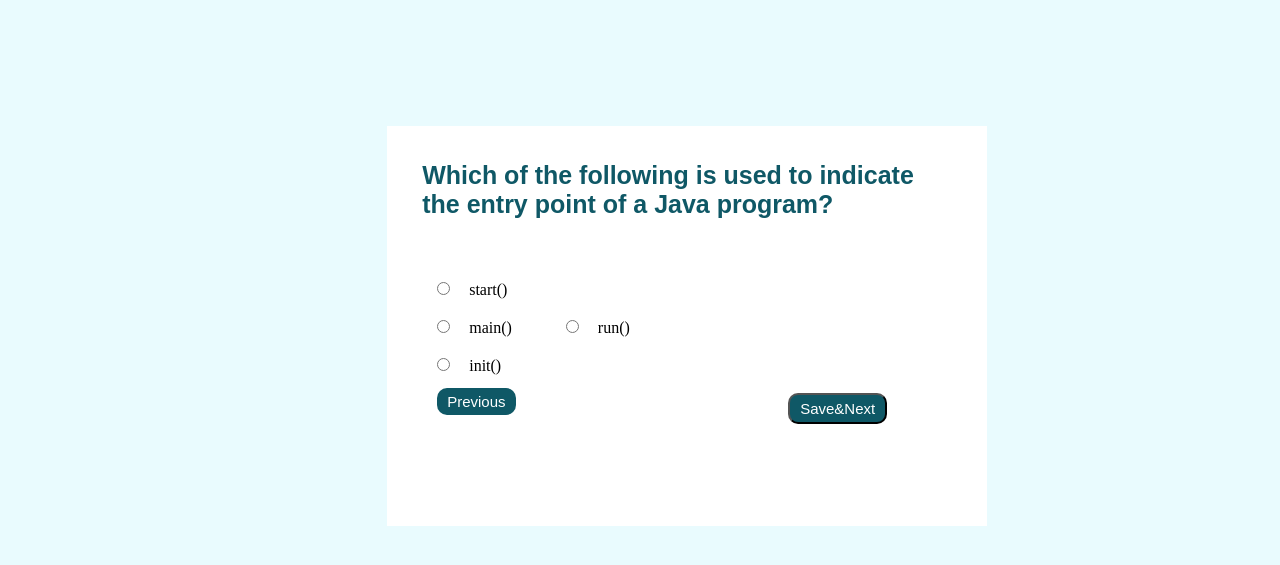
Repository: Rupali-8062Chourasiya5279/Internship_Task_Rupali
Page: Programming Language/quiz/QuizApp/src/main/webapp/Fourth.html
The author's editor kept a copy of each file at every save. The page is drawn from the files as they stood at one save, then again after the next save.
The browser window is 1280 px wide. The pictures show the whole page.

Above is the page before, as saved 2025-01-24 13:58:51.

After the next save:
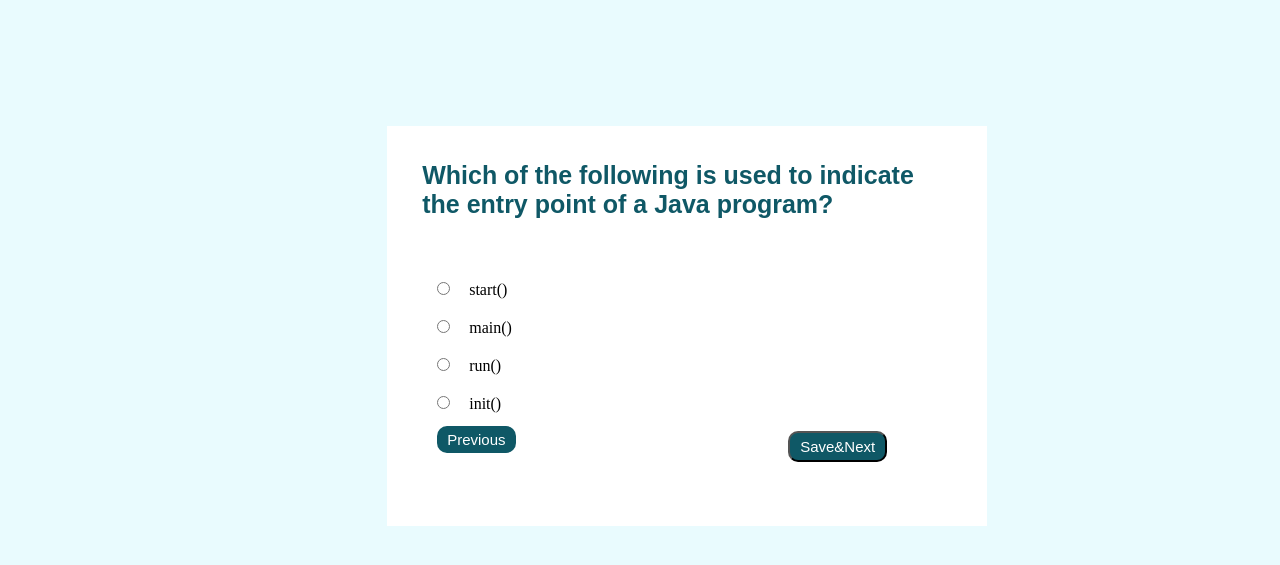
Saved 54 s later.
--- a/Programming Language/quiz/QuizApp/src/main/webapp/Fourth.html
+++ b/Programming Language/quiz/QuizApp/src/main/webapp/Fourth.html
@@ -62,7 +62,7 @@ margin-top: 10%;
 	<div id="div1">
 	<h3>Which of the following is used to indicate the entry point of a Java program?</h3>
 	<input  class="c1" type="radio" name="q4" value="start()">&emsp;start()</input><br><br>
-	<input  class="c1" type="radio" name="q4" value="main()">&emsp;main()</input>
+	<input  class="c1" type="radio" name="q4" value="main()">&emsp;main()</input><br><br>
 	<input class="c1"  type="radio" name="q4" value="run()">&emsp;run()</input><br><br>
 	<input  class="c1" type="radio" name="q4" value="init()">&emsp;init()</input><br><br>
 	<a  id = "a" href="Third.html">Previous</a>
